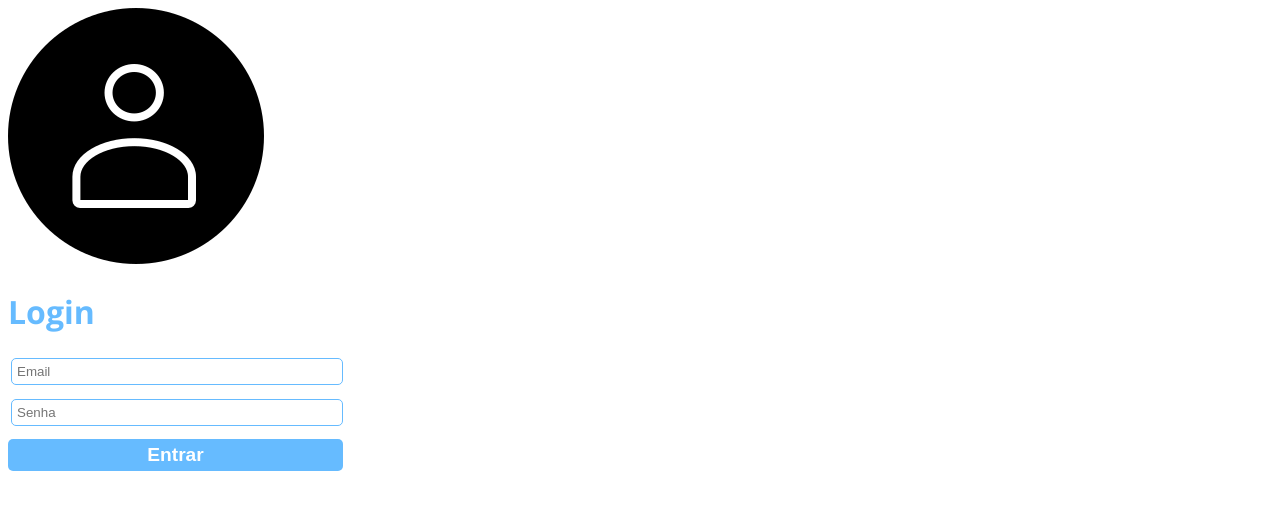
Repository: AbnerRS/DesafioSefaz
Page: DesafioSefaz/src/main/webapp/index.html
The author's editor kept a copy of each file at every save. The page is drawn from the files as they stood at one save, then again after the next save.
The browser window is 1280 px wide. The pictures show the whole page.

Above is the page before, as saved 2021-07-31 22:02:54.

### DesafioSefaz/src/main/webapp/index.html
<!DOCTYPE html>
<html lang="pt-br">
<head>
<meta charset="utf-8">
<title>Desafio Sefaz</title>
<link rel="icon" href="imagens/favicon.png">
<link rel="stylesheet" href="style.css">
</head>
<body>

	<img src="imagens/login_user.png">

	<form name="frmLogin" action="login">
		<h1>Login</h1>
		<table>
			<tr>
				<td><input type="text" name="Login" placeholder="Email"
					class="Caixa1"></td>
			</tr>
			<tr>
				<td><input type="password" name="pwd" placeholder="Senha"
					class="Caixa1"></td>
			</tr>
		</table>
		<input type="button" value="Entrar" id="botaoLogin"
			onclick="autenticar()">
	</form>

	<script src="scripts/autenticador.js"></script>
</body>
</html>

### DesafioSefaz/src/main/webapp/style.css
@charset "utf-8";

@import
	url('https://fonts.googleapis.com/css2?family=Open+Sans:wght@400;700&display=swap')
	;

body {
	font-family: 'Open Sans', sans-serif;
	font-size: 1em;
	font-weight: 400;
}

h1 {
	color: #66bbff;
}

#botaoLogin {
	width: 335px;
	text-decoration: none;
	background-color: #66bbff;
	padding: 5px 60px 5px 60px;
	color: #fff;
	font-size: 1.2em;
	font-weight: 700;
	border-radius: 5px;
	border: 0;
	cursor: pointer;
}

.Botao {
	text-decoration: none;
	background-color: #66bbff;
	padding: 5px 10px 5px 10px;
	color: #fff;
	font-size: 1.2em;
	font-weight: 700;
	border-radius: 5px;
	border: 0;
	cursor: pointer;
}

.Botao2 {
	text-decoration: none;
	background-color: #d51213;
	padding: 5px 10px 5px 10px;
	color: #fff;
	font-size: 1.2em;
	font-weight: 700;
	border-radius: 5px;
}

.InputLogin {
	width: 120px;
	padding: 5px;
	margin-bottom: 10px;
	border: 1px solid #66bbff;
	border-radius: 5px;
}

.Caixa1 {
	width: 320px;
	padding: 5px;
	margin-bottom: 10px;
	border: 1px solid #66bbff;
	border-radius: 5px;
}

.Caixa2 {
	padding: 5px;
	width: 30px;
	margin-bottom: 10px;
	border: 1px solid #66bbff;
	border-radius: 5px;
	padding: 5px;
}

.Caixa5 {
	padding: 5px;
	width: 129px;
	margin-bottom: 10px;
	border: 1px solid #66bbff;
	border-radius: 5px;
	padding: 5px;
}

#caixa3 {
	padding: 5px;
	margin-bottom: 10px;
	border: 1px solid #ff0000;
}

#tabela {
	margin-bottom: 30px;
	border-collapse: collapse;
}

#tabela th {
	border: 1px solid #ddd;
	padding: 10px;
	text-align: left;
	background-color: #66bbff;
	color: #fff;
}

#tabela td {
	border: 1px solid #ddd;
	padding: 10px;
}

### DesafioSefaz/src/main/webapp/scripts/autenticador.js
/**
 * Autenticar o Login do Usuário
 */


function autenticar(){

	let login = frmLogin.email.value
	let pwd = frmLogin.senha.value

	if (login === "") {
		alert('Preencha o campo E-mail')
		frmUsuario.nome.focus()
		return false

	} else if (pwd === "") {
		alert('Preencha o campo Senha')
		frmUsuario.senha.focus()
		return false
	} else {
		document.forms["frmLogin"].submit()
	}
}

After the next save:
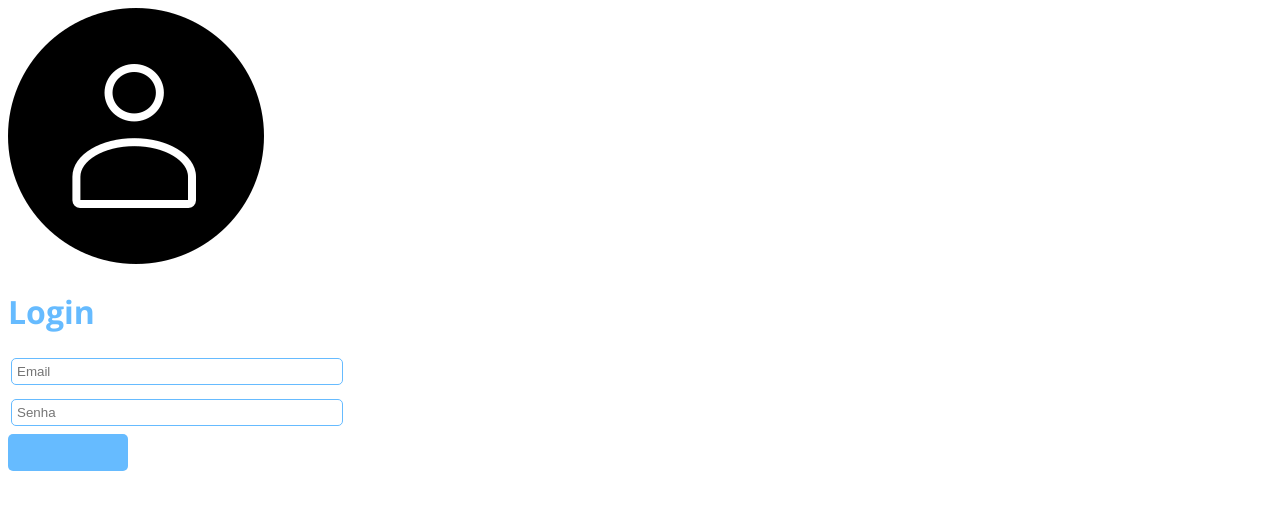
Saved 3 min 28 s later.
--- a/DesafioSefaz/src/main/webapp/index.html
+++ b/DesafioSefaz/src/main/webapp/index.html
@@ -22,8 +22,8 @@
 					class="Caixa1"></td>
 			</tr>
 		</table>
-		<input type="button" value="Entrar" id="botaoLogin"
-			onclick="autenticar()">
+		<a type="button" value="Entrar" id="botaoLogin" href="main"
+			onclick="autenticar()" />
 	</form>
 
 	<script src="scripts/autenticador.js"></script>

After the 2 saves that followed:
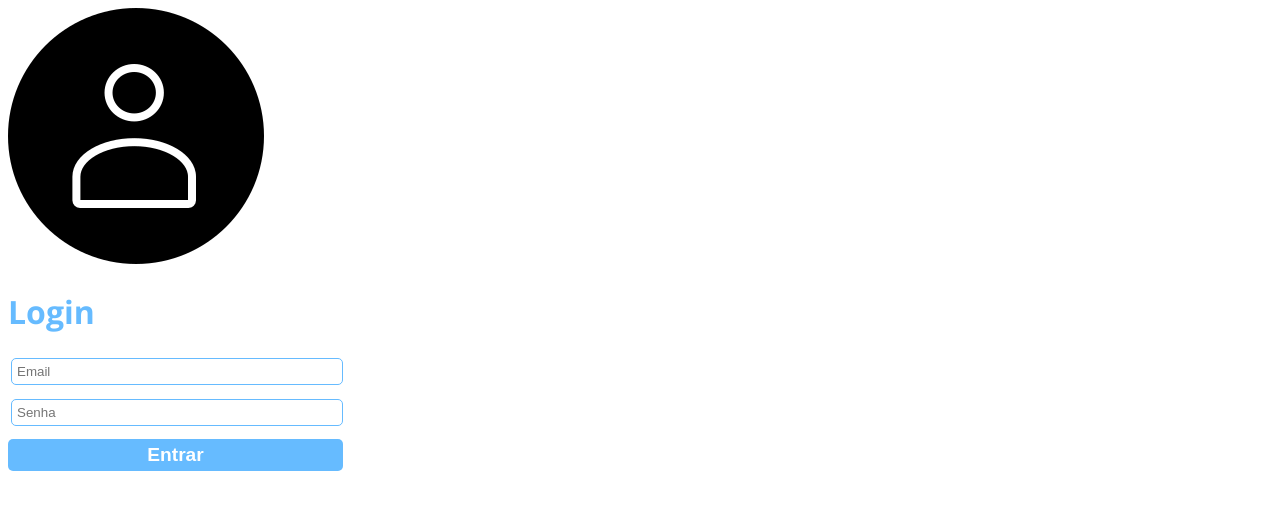
The 2 saves are shown as one change because 1 left the picture as it was.
The last was saved 2 min 6 s later.
--- a/DesafioSefaz/src/main/webapp/index.html
+++ b/DesafioSefaz/src/main/webapp/index.html
@@ -22,8 +22,8 @@
 					class="Caixa1"></td>
 			</tr>
 		</table>
-		<a type="button" value="Entrar" id="botaoLogin" href="main"
-			onclick="autenticar()" />
+		<input type="button" value="Entrar" id="botaoLogin"
+			onclick="autenticar()">
 	</form>
 
 	<script src="scripts/autenticador.js"></script>
